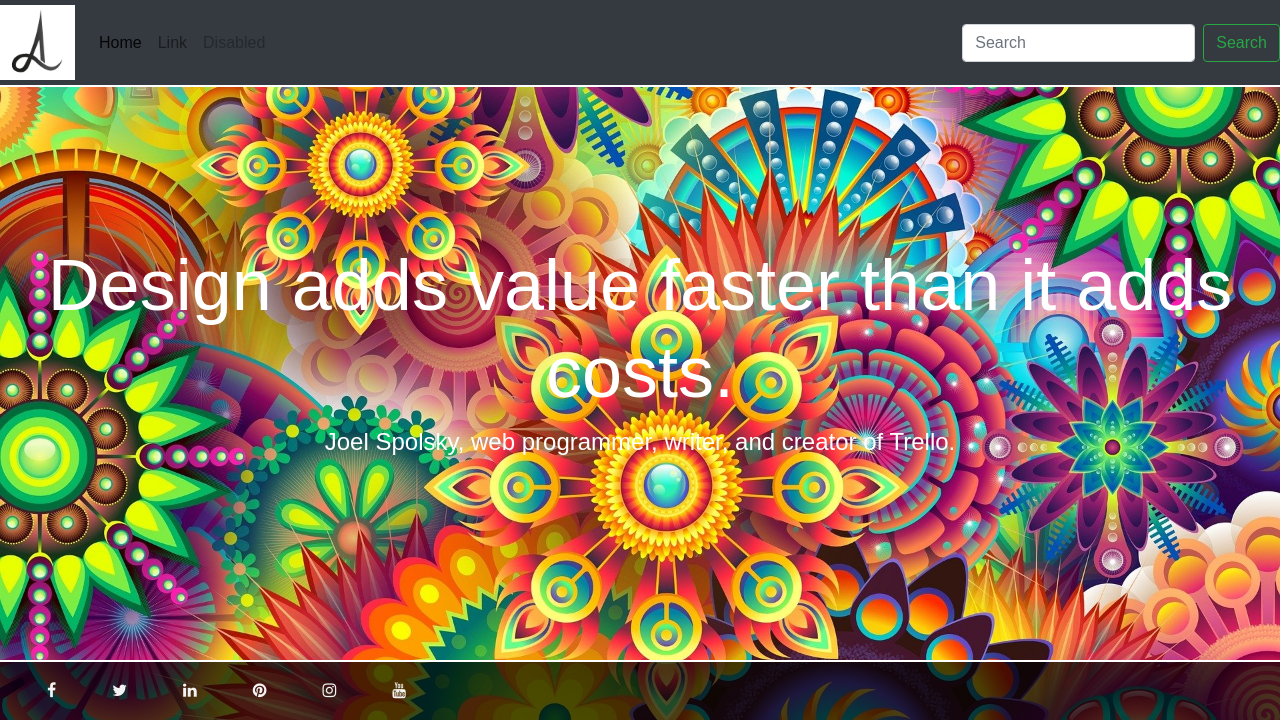
Repository: lemon-squeezy/milestone-project-1
Page: index.html
The author's editor kept a record of every edit. The page is drawn from the files as they stood at one moment, then again after the next edit.
The browser window is 1280 px wide. The pictures show the whole page.
An inner scrolling area shows only its first screen. Some web libraries are served in a nearby version.

Above is the page before.

After the next edit:
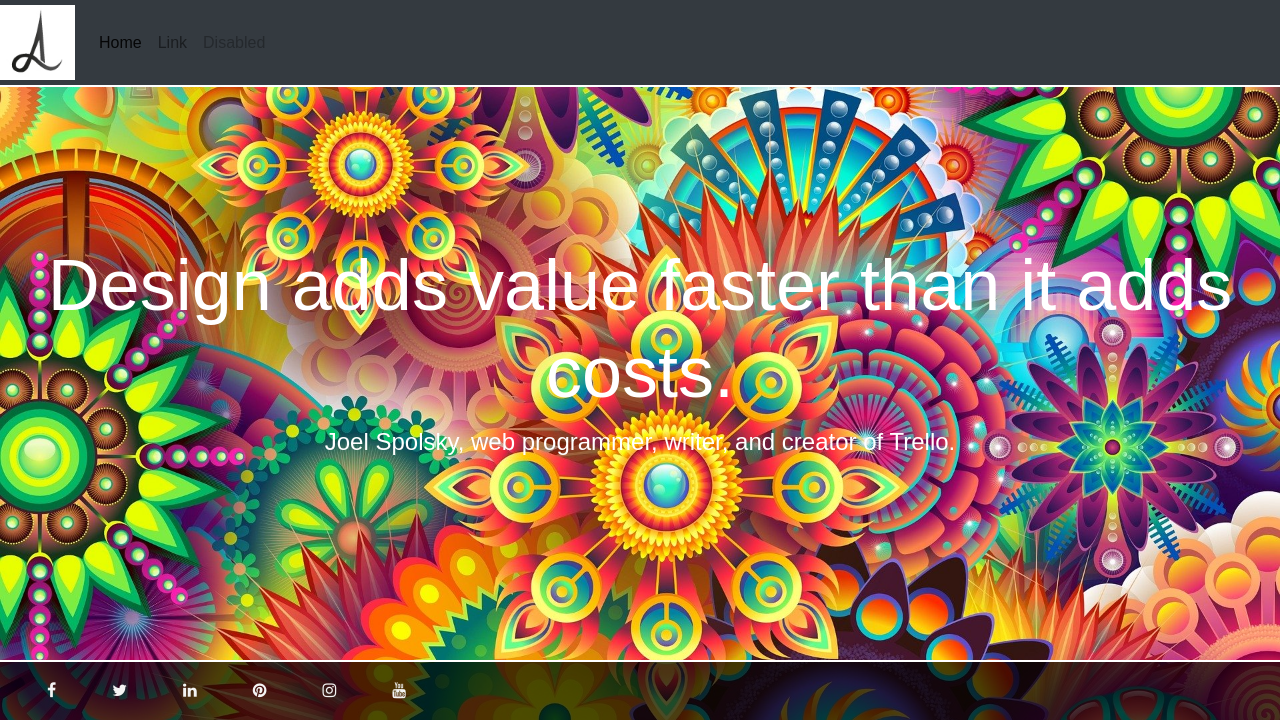
The edit:
--- a/index.html
+++ b/index.html
@@ -32,10 +32,7 @@
         <a class="nav-link disabled" href="#">Disabled</a>
       </li>
     </ul>
-    <form class="form-inline my-2 my-lg-0">
-      <input class="form-control mr-sm-2" type="search" placeholder="Search" aria-label="Search">
-      <button class="btn btn-outline-success my-2 my-sm-0" type="submit">Search</button>
-    </form>
+
   </div>
 </nav>
 
